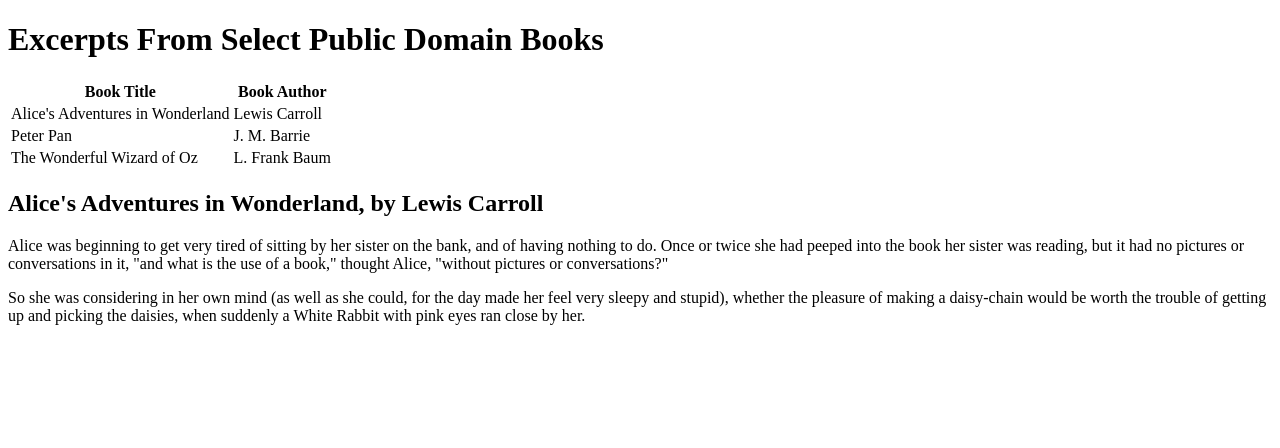
Repository: rishondass/ITMD361-Lab3
Page: index.html
An editor plug-in stored every save of this project. The page is shown before and after the next save, followed by the edit.
The browser window is 1280 px wide. The pictures show the whole page.

Above is the page before, as saved 2023-01-13 14:31:11.

After the next save:
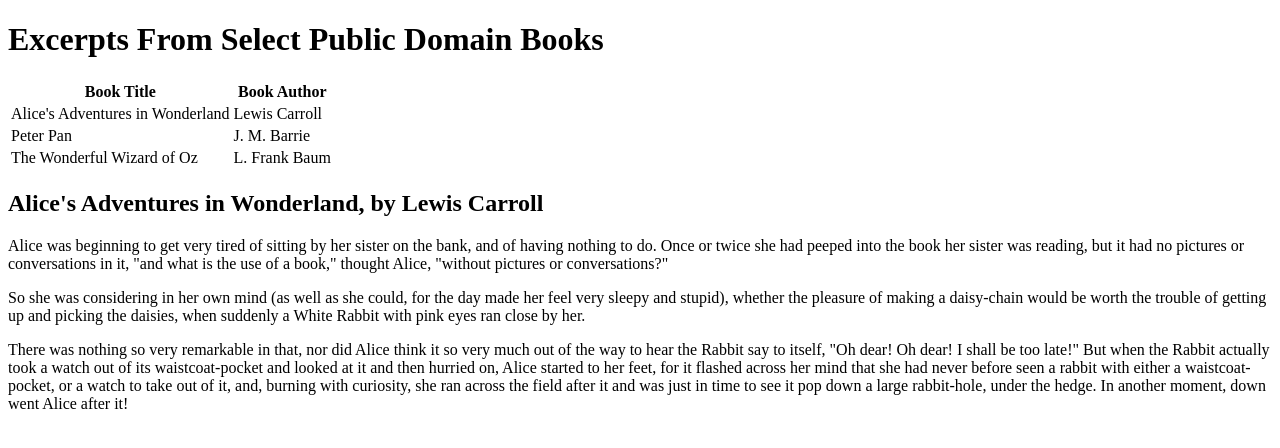
Saved 12 s later.
--- a/index.html
+++ b/index.html
@@ -42,5 +42,8 @@
     <p>
         So she was considering in her own mind (as well as she could, for the day made her feel very sleepy and stupid), whether the pleasure of making a daisy-chain would be worth the trouble of getting up and picking the daisies, when suddenly a White Rabbit with pink eyes ran close by her.
     </p>
+    <p>
+        There was nothing so very remarkable in that, nor did Alice think it so very much out of the way to hear the Rabbit say to itself, "Oh dear! Oh dear! I shall be too late!" But when the Rabbit actually took a watch out of its waistcoat-pocket and looked at it and then hurried on, Alice started to her feet, for it flashed across her mind that she had never before seen a rabbit with either a waistcoat-pocket, or a watch to take out of it, and, burning with curiosity, she ran across the field after it and was just in time to see it pop down a large rabbit-hole, under the hedge. In another moment, down went Alice after it!
+    </p>
 </body>
 </html>
